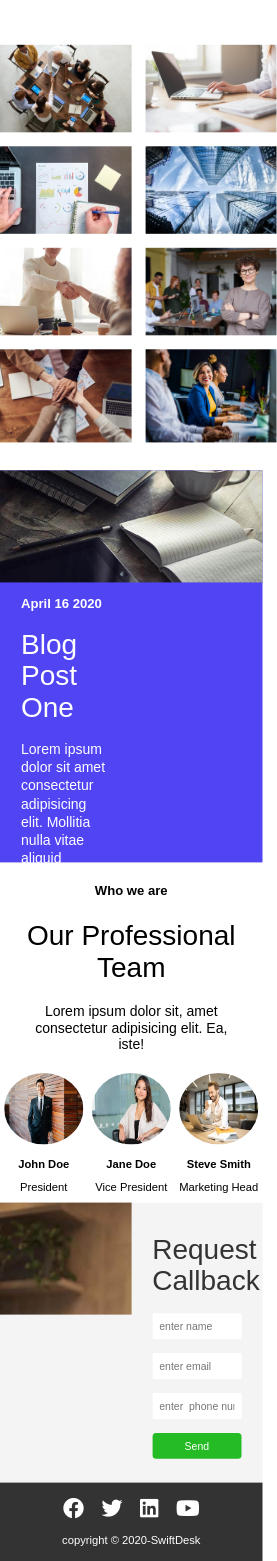
Repository: reemoon-ctrl/swiftdisk-Website-Flexbox
Page: index.html
These files come from the project's save history. The page is drawn as it stood at one moment and after a run of saves; the edit follows.
The browser window is 375 px wide. The page is 395 px wide, so the pictures cover 395 px, including what lies to the right of the window. The pictures show the part of the page from y = 2560 to 4800 px (the page is 4790 px tall before and 4800 px after), at 70% of full size.
Some web fonts or font styles are not loaded; a fallback is used.

Above is the page before, as saved 2024-07-28 10:20:25.

### index.html
<!DOCTYPE html>
<html lang="en">
<head>
    <meta charset="UTF-8">
    <meta name="viewport" content="width=device-width, initial-scale=1.0">
    <title>
        Swift Desk
    </title>
    <link rel="stylesheet" href="https://cdnjs.cloudflare.com/ajax/libs/pretendard-gov/1.3.9/variable/pretendardvariable-gov.css" integrity="sha512-8+hQBaMPOtCpDlrIo2m0mrtjxkbHDG7Qn6+ftvl8QmG21EGNQTP8Qi76h2VgHyol77soXLVZuuZDX953JC10hw==" crossorigin="anonymous" referrerpolicy="no-referrer" />
    <link rel="stylesheet" href="https://cdnjs.cloudflare.com/ajax/libs/font-awesome/6.0.0-beta3/css/all.min.css">

    <link rel="stylesheet" href="index.css">
    <link rel="stylesheet" href="media.css">
</head>
<body>
    <div class="show-case">
        <header>
            <div class="nav-bar">
                <div class="title-bar">
                    <i class="fas fa-desktop fa-2x" style="color: rgb(37, 187, 37)"></i>
                    <h1 class="title"><span class="fword"> Swift</span>Desk</h1>
                </div>
                <div class="link-bar">
                    <a href="index.html">Home</a>
                    <a href="#about">About</a>
                    <a href="#cases">Cases</a>
                    <a href="#blog">Blog</a>
                    <a href="#contact">Contact</a>
                </div>
            </div>
        </header>
        <header class="hd-content">
            <h1>The Sky Is The Limit</h1>
            <p>We provide world class financial assistance
            </p>
            <a href=""><i class="fas fa-chevron-right "></i> Read More</a>

        </header>

    </div>
    <main>
        <div class="about-section">
            <ul id="about"class="about-srvice" >
                <li><i class="fas fa-university " ></i>
                    <h3>Portfolio Manager</h3>
                    <p>Lorem ipsum dolor sit, amet consectetur
                         adipisicing elit. Voluptate, voluptas!</p>
                </li>
                <li><i class="fas fa-book-open-reader " ></i>
                    <h3>Portfolio Manager</h3>
                    <p>Lorem ipsum dolor sit, amet consectetur
                         adipisicing elit. Voluptate, voluptas!</p></li>
                <li><i class="fas fa-pen-fancy " ></i>
                    <h3>Tax&Custodial</h3>
                    <p>Lorem ipsum dolor sit, amet consectetur
                         adipisicing elit. Voluptate, voluptas!</p></li>
            </ul>
        </div>
        <div>
            <div class="solutions">
                <div class="img"></div>
                <div class="solution-content">
                    <h3>What you are looking for</h3>
                    <h2>We provide bespoke solutions</h2>
                    <p>Lorem ipsum dolor sit amet consectetur
                        adipisicing elit. Mollitia nulla vitae aliquid voluptates placeat! Rem voluptatibus odit error labore! Nostrum, fuga tenetur. Doloribus, voluptas! Sed
                        fugiat explicabo perspiciatis velit ad?</p>
                    <a href="index.html">Read More</a>
                 </div>
            </div>
        </div>
        <div class="Business-case" id="cases">
            <div class="Business-case-content">
                <h3>This is what we do</h3>
                <h2>Business Cases</h2>
                <p>Lorem ipsum dolor sit, amet consectetur
                     adipisicing elit. Ea, iste!</p>
            </div>
            <div class="BC-image">
                <img class="BCimg BCimg1" src="/img/cases/cases1.jpg" alt="">
                <img  class="BCimg BCimg2" src="/img/cases/cases2.jpg" alt="">
                <img class="BCimg BCimg3" src="/img/cases/cases3.jpg" alt="">
                <img class="BCimg BCimg4" src="/img/cases/cases4.jpg" alt="">
                <img class="BCimg BCimg5" src="/img/cases/cases5.jpg" alt="">
                <img class="BCimg BCimg6" src="/img/cases/cases6.jpg" alt="">
                <img class="BCimg BCimg7" src="/img/cases/cases7.jpg" alt="">
                <img class="BCimg BCimg8" src="/img/cases/cases8.jpg" alt="">
            </div>
        </div>

        <div>
            <div class="blog" id="blog">
                <div class="img"></div>
                <div class="blog-content">
                    <h3>April 16 2020</h3>
                    <h2>Blog Post One</h2>
                    <p>Lorem ipsum dolor sit amet consectetur
                        adipisicing elit. Mollitia nulla vitae aliquid voluptates placeat! Rem voluptatibus odit error labore! Nostrum, fuga tenetur. Doloribus, voluptas! Sed
                        fugiat explicabo perspiciatis velit ad?</p>
                    <a href="blog.html">Read Our Blog</a>
                 </div>
            </div>
        </div>
        <div class="Business-case">
            <div class="Business-case-content">
                <h3>Who we are</h3>
                <h2>Our Professional Team</h2>
                <p>Lorem ipsum dolor sit, amet consectetur
                     adipisicing elit. Ea, iste!</p>
            </div>
            <div class="our-team">
                <ul class="team-image">
                    <li><img  class="tmimg tm-img1" src="/img/team/person1.jpg" alt=""><h4>John Doe</h4><p>President</p></li>
                    <li><img  class="tmimg tm-img2" src="/img/team/person2.jpg" alt=""><h4>Jane Doe</h4><p>Vice President</p></li>
                    <li><img class="tmimg tm-img3" src="/img/team/person3.jpg" alt=""><h4>Steve Smith</h4><p>Marketing Head</p></li>
                </ul>
            </div>
        </div>
        <div>
            <div class="request" id="contact">
                <div class="img"></div>
                <div class="form-content">
                    <h2>Request Callback</h2>
                    <form class="requwst-form"action="">
                        <input type="text" name="name" id="name" placeholder="enter name">
                        <input type="email" name="Email" id="Email" placeholder="enter email">
                        <input type="tel" name="phone" id="phone" placeholder="enter  phone number">
                        <input type="submit" value="Send" id="submit">
                    </form>


                 </div>

            </div>
        </div>

    </main>
    <footer>
        <ul class="footer-icon">
            <li><a href=""><i class="fa-brands fa-facebook"></i></a></li>
            <li><a href=""><i class="fa-brands fa-twitter"></i></a></li>
            <li><a href=""><i class="fa-brands fa-linkedin"></i></a></li>
            <li><a href=""><i class="fa-brands fa-youtube"></i></a></li>
        </ul>
        <p>copyright &copy; 2020-SwiftDesk</p>
    </footer>



</body>
</html>

### index.css
@import url('https://fonts.googleapis.com/css2?family=Open+Sans:ital,wght@0,300..800;1,300..800&family=Poppins:ital,wght@0,100;0,200;0,300;0,400;0,500;0,600;0,700;0,800;0,900;1,100;1,200;1,300;1,400;1,500;1,600;1,700;1,800;1,900&display=swap');


*{
    box-sizing: border-box;
    margin: 0;
    padding: 0;
}

body{
    font-family: 'Open Sans ', sans-serif;
}
h1,h2{
    font-weight: 300;
}
.nav-bar{
    display: flex;
    justify-content:space-between ;
    padding: 20px 20px;
    color:#fff;
    background-color: #333333cd;
    position: fixed;
    top: 0px;
    height:70px;
    width:100vw;
}
.title-bar{
    align-items: center;
    flex-grow: 1;
    display: flex;
    gap:.5rem;


}
.title-bar h1{
    display:inline-block;
    font-size:2.5rem;
    font-weight: 400;
}

.link-bar{

    /* flex-grow:1 ; */
    align-self: center;
    display: flex;
}
.link-bar a{
    padding: 23.5px 20px;
    color:#fff;
    text-decoration: none;


}
.link-bar a:hover{
    border-bottom: 2px #25bb25 solid;
}
.fword{
    color:#25bb25;
}
.show-case{
   height:100vh;
   text-align: center;
   color:#fff;
   position: relative;
   background:  url('img/home/showcase.jpg') no-repeat center center/cover;
}
.show-case *{
    z-index: 10;
}
.show-case::before{
    content:'';
    position: absolute;
    background: hsla(0%, 0%, 0%, 0.5);
    left: 0;
    top:0;
    width: 100%;
    height:100%;
}
.hd-content{
    padding-top: 18rem;
}
.hd-content h1{
    font-size: 3rem;
}
.hd-content p{
    font-size: 1.5rem;
    padding-top: .8rem;
    padding-bottom: .8rem;
}
.hd-content a{
    color: #fff;
    background:#45c745 ;
    padding: 10px 30px;
    border-radius: 5px;
    text-decoration: none;
    text-align: center;
    display: inline-block;
}
.about-section ul{
    display: flex;
    list-style: none;
    gap: 20px;

}
.about-srvice{
    padding: 50px ;
}
.about-srvice li{
    text-align: center;
}
.about-srvice li i{
    background-color: rgb(69, 199, 69);
    color:#fff;
    width:70px;
    height: 70px;
    border-radius: 70px;
    font-size: 40px;
    padding-top:15px ;


}
.about-srvice li h3{
    padding-top: 20px;
}
.about-srvice li p{
    padding-top: 20px;
    padding-bottom: 30px;
    font-size: 20px;
    color: dimgrey;
}

.solutions{
    display:flex;
    background: #45c745;

}
.solutions .img{
    width:50%;
    background: url('/img/home/people.jpg') center center/cover no-repeat;

}
.solution-content{
    color:#fff;
    padding:20px 30px;
    height:25rem;
    width: 50%;
}
.solution-content h2{
    font-size: 40px;
    font-weight: 500;
    padding: 1.5rem 0px;
}
.solution-content p{
    font-size: 20px;
    line-height: 1.3;
    margin-bottom: 20px;
}
.solution-content a{
    padding: 10px 40px;
    border: 1px solid;
    color:#fff;
    text-decoration: none;
    border-radius: 5px;
    font-size: 18px;
    display: inline-block;

}
.Business-case{
    width: 100vw;
}
.Business-case-content{
    text-align: center;
    padding-left: 30px;
    padding-right: 30px;
}
.Business-case-content h3{
    padding: 30px 0px;
}
.Business-case-content h2{
   padding-bottom: 30px;
    font-size: 40px;
    font-weight: 500;
}
.Business-case-content p{
    padding-bottom: 30px;
    font-size: 20px;
}
.BC-image{
    display: grid;
    grid-template-columns:25% 25% 25% 25%;
   gap: 20px;
   padding: 40px 0px;
}
.BCimg{
    width: 100%;
    height:100%;
    object-fit: cover;


}
.BCimg:hover{
    opacity: 0.7;
}
/* //////////////////////////////////// */
.blog{
    display:flex;
    background: #5145f3;
    flex-direction: row-reverse;

}
.img{
    width:50%;
    background: url('/img/home/blog.jpg') center center/cover no-repeat;

}
.blog-content{
    color:#fff;
    padding:20px 30px;
}
.blog-content{
    height:25rem;
    width: 50%;
}
.blog-content h2{
    font-size: 40px;
    font-weight: 500;
    padding: 1.5rem 0px;
}
.blog-content p{
    font-size: 20px;
    line-height: 1.3;
    margin-bottom: 20px;
}
.blog-content a{
    padding: 10px 40px;
    border: 1px solid;
    color:#fff;
    text-decoration: none;
    border-radius: 5px;
    font-size: 18px;

}
.our-team{
    padding-bottom: 40px;
}
.team-image{
    display: flex;
    justify-content: space-around;
    width: 100vw;
    list-style: none;
    text-align: center;

}
.team-image li h4{
    padding: 15px;
}
.tmimg{
    width: 90%;
    height:70%;
    border-radius: 70%;

}
.request{
    display: flex;
    background-color: #f4f4f4;
}
.request .img{
    background: url(/img/home/contact.jpg);
}
.form-content{
    color:#333;
    padding:20px 30px;
    height:25rem;
    width: 50%;
}
.form-content h2{
    color:#333;
    font-size: 40px;
    font-weight: 500;
    padding: 1.5rem 0px;
    font-weight:lighter;
}
.requwst-form{
    display: flex;
    flex-direction: column;
    gap :20px;

}
.requwst-form input{
border: #ddd;
color: #333;
font-size: 15px;
padding: 10px;
}
.requwst-form input:focus{
    outline-color:#25bb25 ;
}
.requwst-form input[type=submit]{
    background: #25bb25;
    color:#fff;
    cursor: pointer;
    border-radius: 5px;


}
.requwst-form input[type=submit]:hover{
    background-color: #6de66d;

}
footer{
    background: #333;
    padding: 20px ;
}
.footer-icon{
    display: flex;
    align-items: center;
    justify-content: center;
    gap:25px;
}
.footer-icon li{
    list-style: none;
}
.footer-icon li a{
    color: #fff;
    font-size: 30px;
}
.footer-icon li a:hover{
    color: #45c745;
}

footer p{
    text-align: center;
    color: #fff;
    padding-top: 20px;

}
/* //////////blog page//////////////// */
#blog-case{
    height:fit-content;
    text-align: center;
    color:#fff;
    background:  url('img/home/blog.jpg') no-repeat center center/cover ;
 }
.blog-h1{
    font-size: 70px;
    font-weight: 400;
    padding-bottom: 50px;

 }
 .blog-light{
    display:flex;
    background: #fff;
    flex-direction: row-reverse;

}
.img-light{
    width:50%;
    background: url('/img/blog/blog1.jpg') center center/cover no-repeat;

}
.blog-content-light{
    color:#333;
    padding:20px 30px;
    height:25rem;
    width: 50%;
}
.blog-content-light h2{
    font-size: 40px;
    font-weight: 500;
    padding: .4rem 0px;
}
.blog-content-light h3{
    padding-bottom: 1.7rem;
}
.blog-content-light p{
    font-size: 20px;
    line-height: 1.3;
    margin-bottom: 20px;
}
.blog-content-light a{
    padding: 10px 30px;
    border: 1px solid;
    color:#fff;
    background-color: #333;
    text-decoration: none;
    border-radius: 5px;
    font-size: 18px;

}
.blog-dark{
    display:flex;
    background: #333;
    flex-direction: row-reverse;

}
.img-dark{
    width:50%;
    background: url('/img/blog/blog2.jpg') center center/cover no-repeat;

}
.blog-content-dark{
    color:#fff;
    padding:20px 30px;
    height:25rem;
    width: 50%;
}
.blog-content-dark h2{
    font-size: 40px;
    font-weight: 500;
    padding: .4rem 0px;
}
.blog-content-dark h3{
    padding-bottom: 1.7rem;
    font-weight:normal;
}
.blog-content-dark p{
    font-size: 20px;
    line-height: 1.3;
    margin-bottom: 20px;
}
.blog-content-dark a{
    padding: 10px 30px;
    border: 1px solid;
    color:#333;
    background-color: #fff;
    text-decoration: none;
    border-radius: 5px;
    font-size: 18px;

}
.last-blog .img-light{
    width:50%;
    background: url('/img/blog/blog3.jpg') center center/cover no-repeat;

}
.author{
    font-weight: 700;
}

### media.css
@media screen and (max-width:500px){
    .nav-bar{
        flex-direction: column;
        height:140px;
        justify-content: center;
        align-items: center;

    }
    .hd-content{
        padding-top: 15rem;
    }
    .hd-content h1{
        font-size: 1.5rem;
    }
    .hd-content p{
        font-size: .7rem;
        padding-top: .8rem;
        padding-bottom: .8rem;
    }
    .about-section ul{
        flex-direction: column;
    }
    .solutions{
        flex-direction: column;
    }
    .solutions .img{
        width:100%;
        height: 25rem;
    }
    .solution-content{
        width:100%;
        height: 100%;
    }
    .solution-content h2{
        font-size: 20px;
    }
    .solution-content p{
        font-size: 15px;
        line-height:1.1 ;
    }
    .BC-image{
        grid-template-columns:50% 50%;
    }
    .blog{
        flex-direction: column;
        gap10px
    }
    .img{
        width:100% ;
        height:10rem;
    }

}

After the next 2 saves:
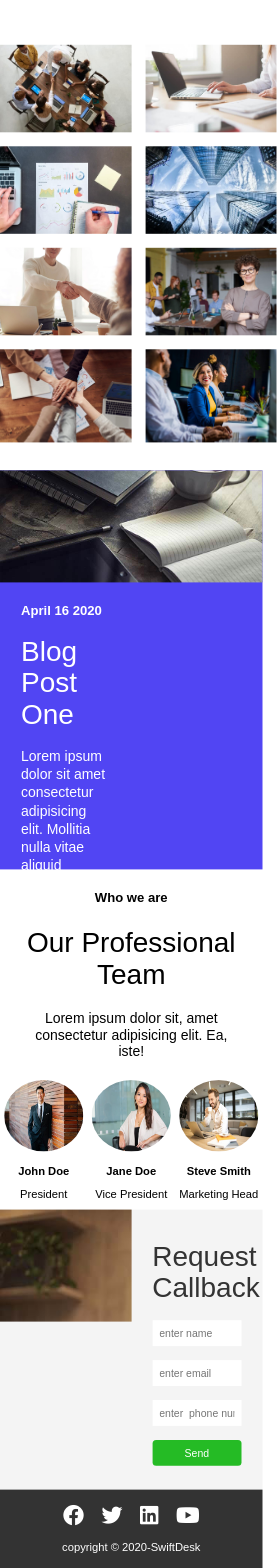
The 2 saves are shown as one change because they came seconds apart.
The last was saved 6 s later.
--- a/media.css
+++ b/media.css
@@ -43,7 +43,7 @@
     }
     .blog{
         flex-direction: column;
-        gap10px
+        gap:10px;
     }
     .img{
         width:100% ;

After the save that followed:
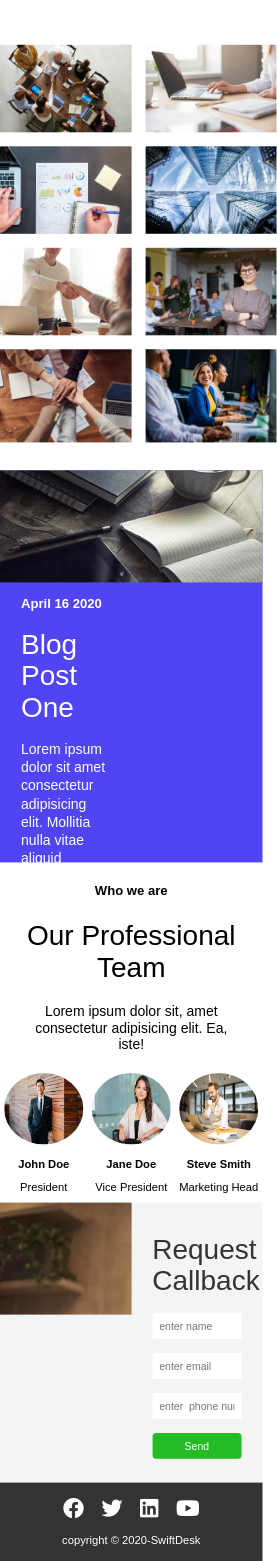
Saved 10 s later.
--- a/media.css
+++ b/media.css
@@ -43,7 +43,7 @@
     }
     .blog{
         flex-direction: column;
-        gap:10px;
+
     }
     .img{
         width:100% ;
